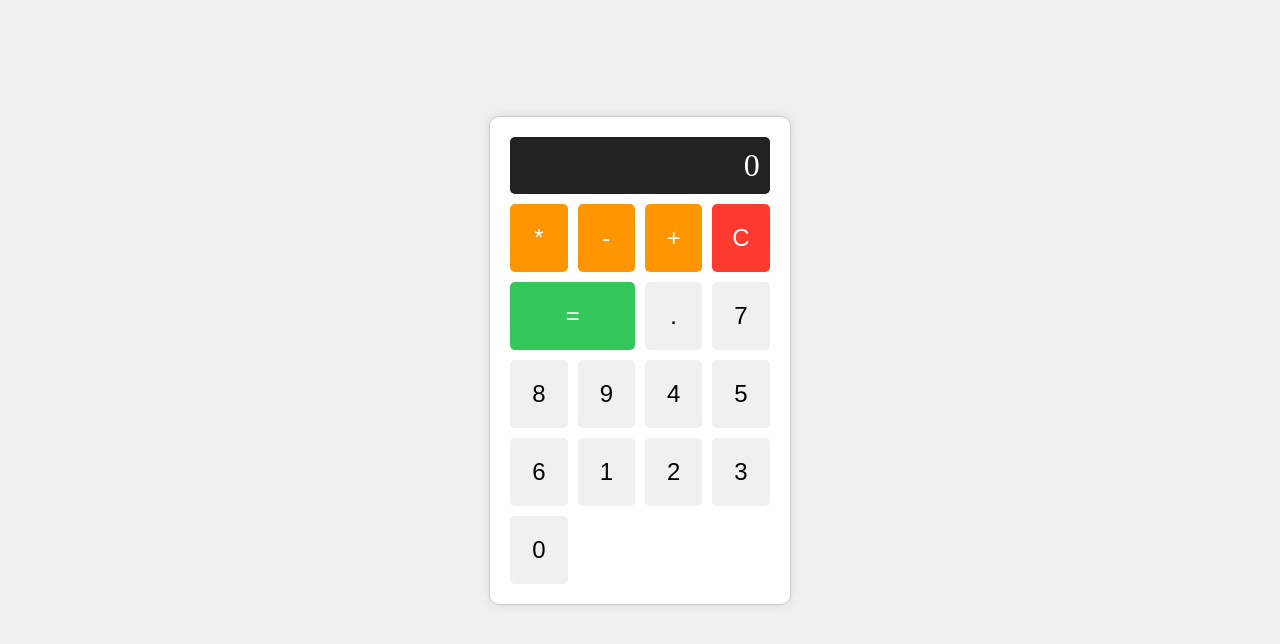
Repository: alizey12/calculator
Page: index.html
The author's editor kept a copy of each file at every save. The page is drawn from the files as they stood at one save, then again after a run of saves.
The browser window is 1280 px wide. The pictures show the whole page.

Above is the page before, as saved 2024-11-23 18:34:38.

After the next 2 saves:
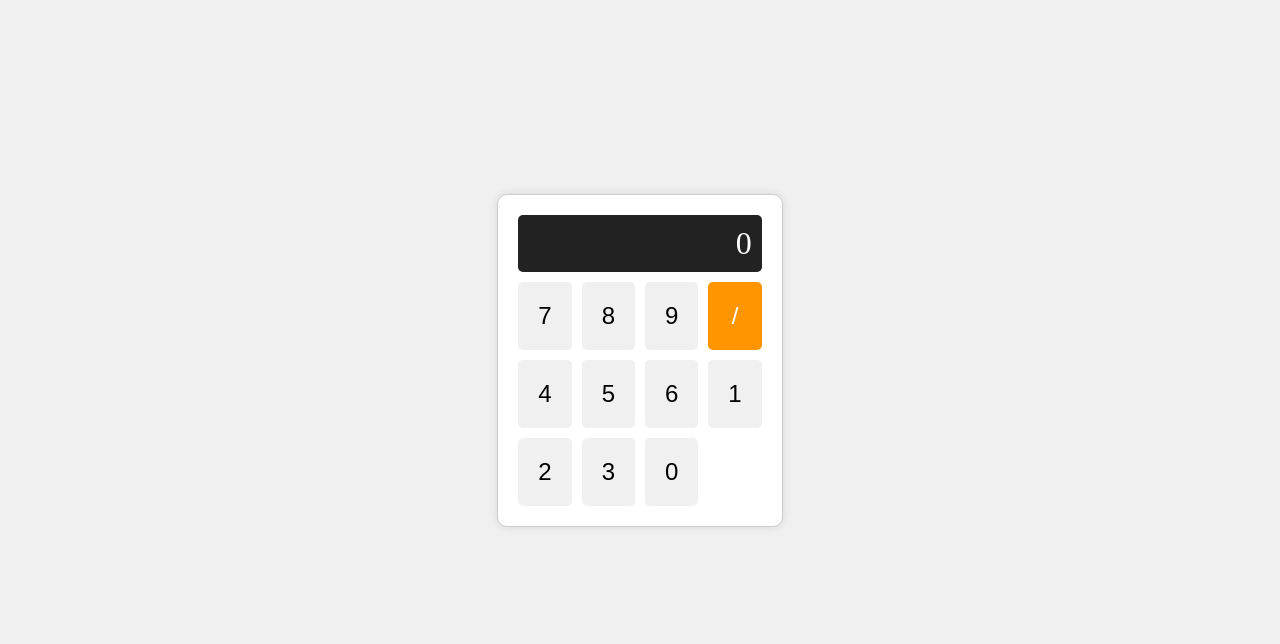
The 2 saves are shown as one change because they came seconds apart.
The last was saved 9 s later.
--- a/index.html
+++ b/index.html
@@ -13,17 +13,17 @@
             <div class="display" id="display">0</div>
             <div class="buttons">
 
-                <button class="btn operator">*</button>
+                <!-- <button class="btn operator">*</button>
                 <button class="btn operator">-</button>
                 <button class="btn operator">+</button>
                 <button class="btn" id="clear">C</button>
                 <button class="btn operator" id="equals">=</button>
 
-                <button class="btn">.</button>
+                <button class="btn">.</button> -->
                 <button class="btn">7</button>
                 <button class="btn">8</button>
                 <button class="btn">9</button>
-
+                <button class="btn operator">/</button>
                 <button class="btn">4</button>
                 <button class="btn">5</button>
                 <button class="btn">6</button>
